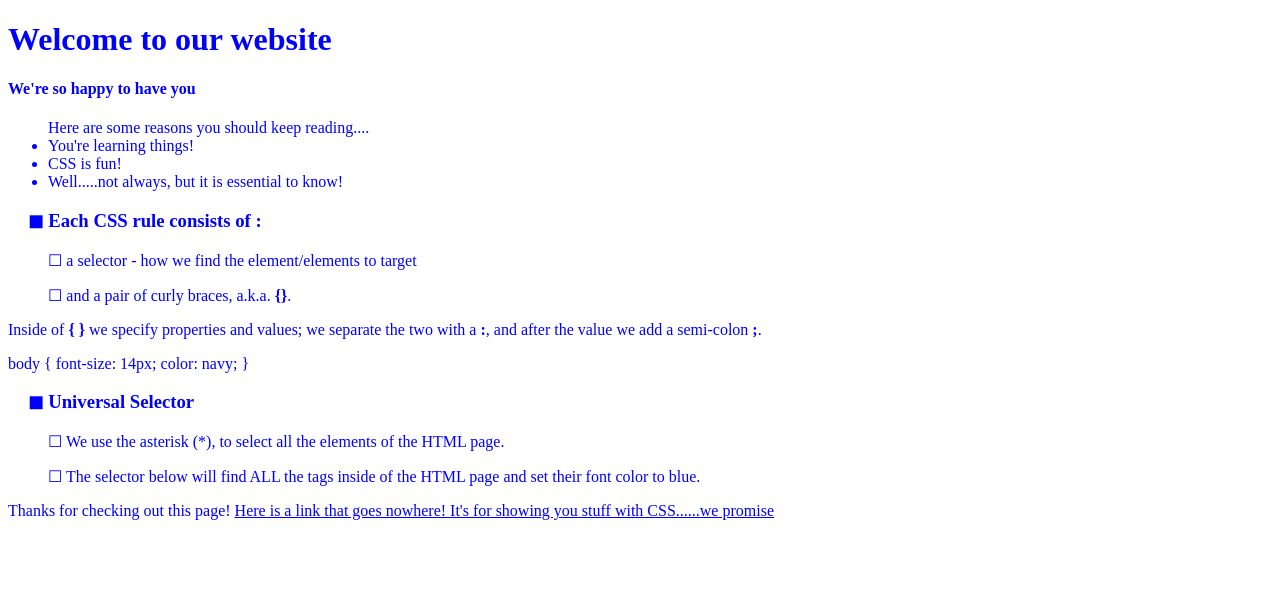
Repository: AnnaSpirit/Tests__
Page: CSS/Useful_Selectors.html
The author's editor kept a copy of each file at every save. The page is drawn from the files as they stood at one save, then again after the next save.
The browser window is 1280 px wide. The pictures show the whole page.

Above is the page before, as saved 2024-04-01 12:31:44.

### CSS/Useful_Selectors.html
<!DOCTYPE html>
<html lang="en">
<head>
    <meta charset="UTF-8">
    <meta name="viewport" content="width=device-width, initial-scale=1.0">
    <title>Useful Selectors</title>
    <link rel="stylesheet" href="style_Selectors.css">
</head>
<body>
    <header>
        <h1>Welcome to our website</h1>
        <h4>We're so happy to have you</h4>
    </header>
    <section>
        <ul> Here are some reasons you should keep reading....
            <li>You're learning things!</li>
            <li>CSS is fun!</li>
            <li>Well.....not always, but it is essential to know!</li>
        </ul>
    </section>
    <section>
        <h3 style="padding-left: 20px;"> &#9724; Each CSS rule consists of :</h3>
            <p style="padding-left: 40px;"> &#9744; a selector - how we find the element/elements to target</p>
            <p style="padding-left: 40px;"> &#9744; and a pair of curly braces, a.k.a. <b>{}</b>.</p>
            <p>Inside of <b>{ }</b> we specify properties and values; we separate the two with a <b>:</b>, and after the value we add a semi-colon <b>;</b>.</p>
    <span > <prestyle="border: 2px solid #E01023;">
        body {
            font-size: 14px;
            color: navy;
        }</prestyle=></span>
        </h3>
        <h3 style="padding-left: 20px;"> &#9724; Universal Selector</h3>
        <p style="padding-left: 40px;">&#9744; We use the asterisk (*), to select all the elements of the HTML page. </p>
        <p style="padding-left: 40px;">&#9744; The selector below will find ALL the tags inside of the HTML page and set their font color to blue.</p>
    </section>
    <footer>
        <p>
            Thanks for checking out this page!
            <a href="#">Here is a link that goes nowhere! It's for showing you stuff with CSS......we promise</a>
        </p>
    </footer>
</body>
</html>

### CSS/style_Selectors.css
/* Universal Selector */
* {
    color: blue;
}

After the next save:
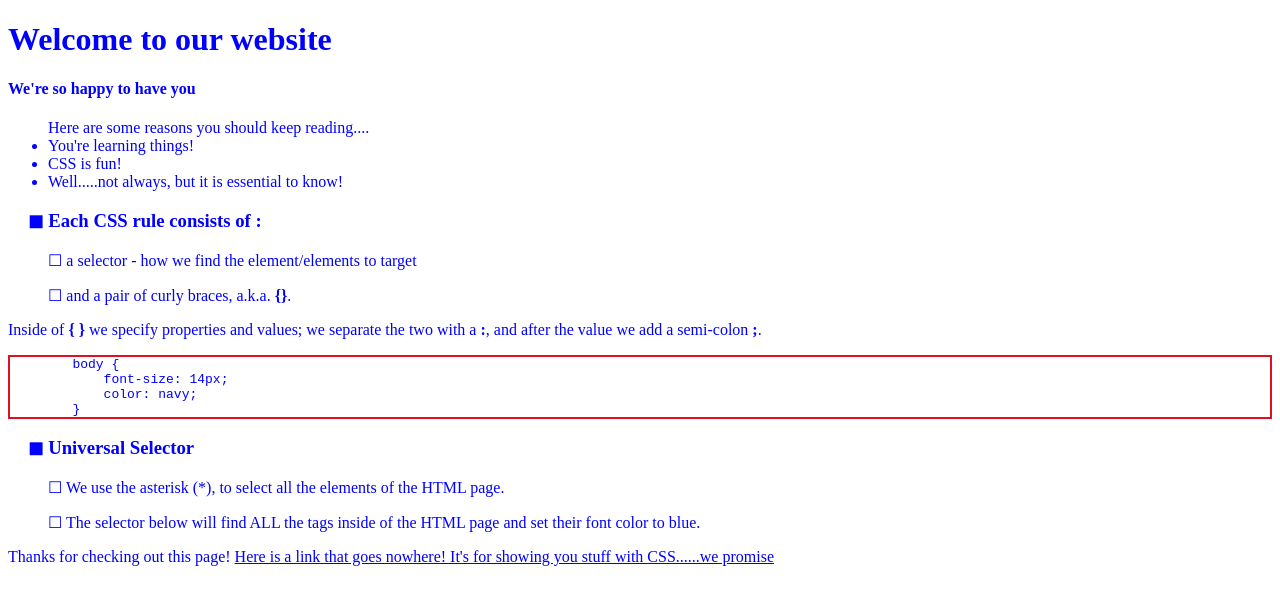
Saved 4 s later.
--- a/CSS/Useful_Selectors.html
+++ b/CSS/Useful_Selectors.html
@@ -23,11 +23,11 @@
             <p style="padding-left: 40px;"> &#9744; a selector - how we find the element/elements to target</p>
             <p style="padding-left: 40px;"> &#9744; and a pair of curly braces, a.k.a. <b>{}</b>.</p>
             <p>Inside of <b>{ }</b> we specify properties and values; we separate the two with a <b>:</b>, and after the value we add a semi-colon <b>;</b>.</p>
-    <span > <prestyle="border: 2px solid #E01023;">
+    <span > <pre style="border: 2px solid #E01023;">
         body {
             font-size: 14px;
             color: navy;
-        }</prestyle=></span>
+        }</pre></span>
         </h3>
         <h3 style="padding-left: 20px;"> &#9724; Universal Selector</h3>
         <p style="padding-left: 40px;">&#9744; We use the asterisk (*), to select all the elements of the HTML page. </p>
